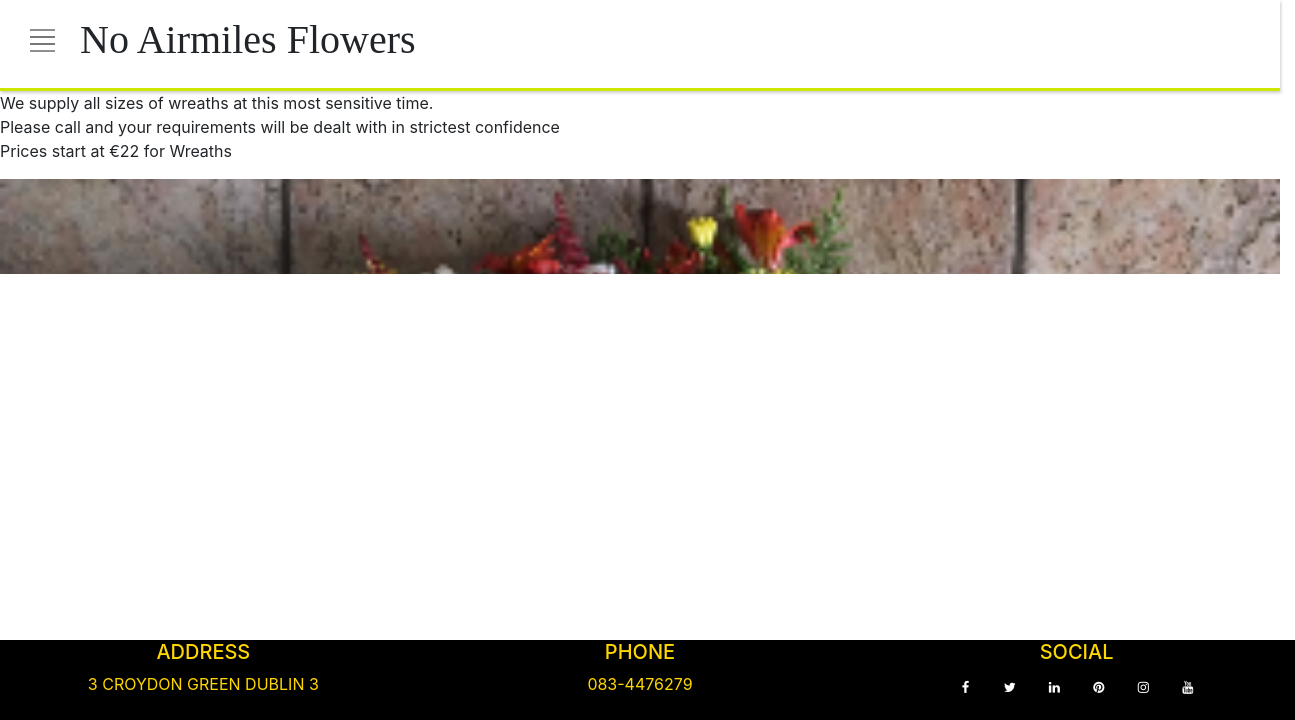
Repository: ConorTC1990/Flowers
Page: wreaths.html
The author's editor kept a record of every edit. The page is drawn from the files as they stood at one moment, then again after the next edit.
The browser window is 1280 px wide. The page is 1295 px wide, so the pictures cover 1295 px, including what lies to the right of the window. The pictures show the whole page.
Some web libraries are served in a nearby version.

Above is the page before.

### wreaths.html
<!DOCTYPE html>
<html lang="en">

<head>
    <meta charset="UTF-8">
    <meta name="viewport" content="width=device-width, initial-scale=1.0">
    <meta http-equiv="X-UA-Compatible" content="ie=edge">
    <link rel="stylesheet" href="https://maxcdn.bootstrapcdn.com/bootstrap/4.2.1/css/bootstrap.min.css" type="text/css" />
    <link rel="stylesheet" href="https://maxcdn.bootstrapcdn.com/font-awesome/4.7.0/css/font-awesome.min.css" type="text/css" />
    <link rel="stylesheet" href="https://cdnjs.cloudflare.com/ajax/libs/hover.css/2.1.1/css/hover-min.css" type="text/css" />
    <link rel="stylesheet" href="assets/css/style.css">
    <title>No Airmiles Flowers</title>
</head>
<body>
<div>
 <div class="collapsible-menu">
            <input type="checkbox" id="menu">
            <label for="menu">No Airmiles Flowers</label>
            <div class="menu-content">
                <ul>
                    <li><a href="index.html">Home</a></li>
                    <li><a href="weddings.html">Weddings</a></li>
                    <li><a href="wreaths.html">Wreaths and Funerals</a></li>
                    <li><a href="contactform.html">Contact</a></li>

                </ul>
            </div>

        </div>
        </div>

	<div class="infowreaths">
		<ul>
		  <li> We supply all sizes of wreaths at this most sensitive time.</li>
		  <li> Please call and your requirements will be dealt with in strictest confidence</li>
		  <li>Prices start at €22 for Wreaths</li>
		</ul>

	    </div>


   <div class="WreathsBackground"> </div>




       <div class="videoclass2wreaths">

		        <ul>
		            <li> We supply all sizes of wreaths at this most sensitive time.</li>
		            <li> We can provide custom wreaths for all memorial services</li>
		            <li>Prices start at €22 for Wreaths </li>
		            <li>Please call us at 083-4476279</li>
		            <li><a href="contactform.html">Contact</a></li>
		        </ul>

		</div>



<footer class="container-fluid wreathfooter1">
        <div id="footer-details" class="row">
            <div class="col-sm-4">
                <h5 class="uppercase general-sub">Address</h5>
                <p class="inline-block">
                    3 Croydon Green
                    Dublin 3
                </p>
            </div>
            <div class="col-sm-4">
                <h5 class="uppercase general-sub">Phone</h5>
                <p class="inline-block">
                    083-4476279


                </p>
            </div>
            <div class="col-sm-4">
                <h5 class="uppercase general-sub">Social</h5>
                <ul class="list-inline social-links">
                    <li class="list-inline-item">
                        <a target="_blank" href="#">
                            <i class="fa fa-facebook" aria-hidden="true"></i>
                            <span class="sr-only">Facebook</span>
                        </a>
                    </li>
                    <li class="list-inline-item">
                        <a target="_blank" href="#">
                            <i class="fa fa-twitter" aria-hidden="true"></i>
                            <span class="sr-only">Twitter</span>
                        </a>
                    </li>
                    <li class="list-inline-item">
                        <a target="_blank" href="#">
                            <i class="fa fa-linkedin" aria-hidden="true"></i>
                            <span class="sr-only">LinkedIn</span>
                        </a>
                    </li>
                    <li class="list-inline-item">
                        <a target="_blank" href="#">
                            <i class="fa fa-pinterest" aria-hidden="true"></i>
                            <span class="sr-only">Pinterest</span>
                        </a>
                    </li>
                    <li class="list-inline-item">
                        <a target="_blank" href="#">
                            <i class="fa fa-instagram" aria-hidden="true"></i>
                            <span class="sr-only">Instagram</span>
                        </a>
                    </li>
                    <li class="list-inline-item">
                        <a target="_blank" href="#">
                            <i class="fa fa-youtube" aria-hidden="true"></i>
                            <span class="sr-only">YouTube</span>
                        </a>
                    </li>
                </ul>
            </div>
        </div>


</footer>

</body>

</html>

### assets/css/style.css
@import url('https://fonts.googleapis.com/css?family=Roboto:100,200,300,400,500,600,700|Exo:100,200,300,400,500,600,700');
.mission {
	text-transform: uppercase;
	color: green;
}


/* up for deletion*/

@media (min-width: 1200px) .container {
	max-width: 100%;
}

@media (min-width: 992px) .container {
	max-width: 100%;
}

@media (min-width: 768px) .container {
	max-width: 100%;
}

@media (min-width: 576px) .container {
	max-width: 100%;
}


}

/* up for deletion*/
*,
*:before,
*:after {
	-webkit-box-sizing: border-box;
	-moz-box-sizing: border-box;
	box-sizing: border-box;
}
* {
	margin: 0;
	padding: 0;
}
* {
	margin: 0;
	padding: 0;
}
*,
 ::after,
 ::before {
	box-sizing: border-box;
}

}
.title {
	text-align: center;
	color: white;
}
h3 {
	text-transform: uppercase;
	text-align: center;
	color: green;
	background-color: #FF00FF;
	resize: both;
}

/* Buttons*/
.button {
	background-color: #7CFC00;
	text-align: center;
	color: white;
	width: 25%;
	transition-duration: .9s;
	transition-timing-function: ease-in-out;
	z-index: 1;
}
.button:hover {
	background-color: white;
	color: #7CFC00;
}
a:hover {
	background-color: white;
	color: #7CFC00;
}
.sr-only {
	color: white
}
.list-inline-item {
	color: white
}

#myVideo {
	position: center;
	width: 100%;
	min-height: 100%;
	padding-bottom: 0px;
	padding-right: 0px;
	padding-left: 0px;
}
.col-sm-4 {
	text-align: center;
	border-color: #FF00FF;
}

/* Callout box - fixed position at the bottom of the page */
.callout {
	position:fixed;
	top: 100px;
	right: 100px;
	margin-left: 20px;
	max-width: 300px;
	color: white;
	opacity: 0.8;
}
.callout2 {
	position:fixed;
	top: 500px;
	right: 100px;
	margin-left: 20px;
	max-width: 300px;
	color: white;
	opacity: 0.8;
}
.callout3 {
	position:fixed;
	top: 300px;
	right: 100px;
	margin-left: 250px;
	max-width: 300px;
	color: white;
	opacity: 0.8;
}

.container-fluid {
	alignment-baseline: text-after-edge;
	border:none;
}
.sticky {
	position: static;
	top: 0;
}
body {
	background-color: white;
	padding-left: 0px;
	padding-right: 0px;
}
.list-inline-item {
	text-align: right;
	border-color: black;
}
.address {
	text-align: right;
}
head {
	z-index: 1;
	border-collapse: collapse;
	border-color: white;
}

/* -------------- Navbar --------------- */

/* to keep Navbar in place*/


/* Page content */
.content {
	padding: 16px;
}

/* The sticky class is added to the navbar with JS when it reaches its scroll position */
.sticky {
	position: fixed;
	top: 35px;
	width: 100%;
}
.stickytitle {
	position: fixed;
	top: 0px;
	width: 100%;
	height: 35px;
	z-index: 1;
}

/* Add some top padding to the page content to prevent sudden quick movement (as the navigation bar gets a new position at the top of the page (position:fixed and top:0) */
.sticky+.content {
	padding-top: 60px;
}
.general-sub {
	background-color: black;
	border-color: black;
	padding-left: 0px;
	padding-right: 0px;
	padding-top: 0px;
}
.list-inline-item {
	color: white
}
title sticky {
	top: 25px
}
.buttonsticky {
	padding-right: 25px
}
.footerpin {
	position: bottom 35px
}
container-fluid sticky {
	padding-bottom: 1000px;
}

/* Footer Styles */
.social-links li a i {
	width: 32px;
	height: 32px;
	padding: 12px 0;
	border-radius: 50%;
	font-size: 13px;
	line-height: 7px;
	text-align: center;
	color: white;
	background: black;
	transition: all 0.35s ease-in-out;
	-moz-transition: all 0.35s ease-in-out;
	-webkit-transition: all 0.35s ease-in-out;
	-o-transition: all 0.35s ease-in-out;
}
.social-links li a i:hover {
	background: #7CFC00;
}
footer {
	text-align: center;
	background-color: black;
	color: white;
	text-shadow: none;
	text-transform: uppercase;
	position: fixed;
	position: absolute;
	height: 25px;
	max-height: 10%;
}


/* Wreaths */
.WreathsBackground {
	background-image: url("../images/Wreaths.JPG");
	background-repeat: no-repeat;
	background-size: cover;
	resize: both;
	min-width: 100%;
	min-height: 60%;
	max-width: 100%;
	max-height: 60%;
	padding-top: 35px;
	padding-bottom: 60px;
	padding-right: 0px;
	padding-left: 0px;
	z-index: 0;
}

/* Contact */
.ContactBackground {
	background-image: url("../images/flowers.jpg");
	position: absolute;
	resize: both;
	background-repeat: no-repeat;
	background-size: cover;
	min-width: 100%;
	min-height: 800px;
	padding-top: 35px;
	padding-bottom: 35px;
	padding-right: 0px;
	padding-left: 0px;
	z-index: 0;
}

/* ----------- Contact  form------------------*/
.form-style-1 {
	margin:10px auto;
	max-width: 400px;
	padding: 20px 12px 10px 20px;
	font: 13px "Lucida Sans Unicode",
	"Lucida Grande",
	sans-serif;
}
.form-style-1 li {
	padding: 0;
	display: block;
	list-style: none;
	margin: 10px 0 0 0;
}
.form-style-1 label {
	margin:0 0 3px 0;
	padding:0px;
	display:block;
	font-weight: bold;
}
.form-style-1 input[type=text],
.form-style-1 input[type=date],
.form-style-1 input[type=datetime],
.form-style-1 input[type=number],
.form-style-1 input[type=search],
.form-style-1 input[type=time],
.form-style-1 input[type=url],
.form-style-1 input[type=email],
textarea,
select {
	box-sizing: border-box;
	-webkit-box-sizing: border-box;
	-moz-box-sizing: border-box;
	border:1px solid #BEBEBE;
	padding: 7px;
	margin:0px;
	-webkit-transition: all 0.30s ease-in-out;
	-moz-transition: all 0.30s ease-in-out;
	-ms-transition: all 0.30s ease-in-out;
	-o-transition: all 0.30s ease-in-out;
	outline: none;
}
.form-style-1 input[type=text]:focus,
.form-style-1 input[type=date]:focus,
.form-style-1 input[type=datetime]:focus,
.form-style-1 input[type=number]:focus,
.form-style-1 input[type=search]:focus,
.form-style-1 input[type=time]:focus,
.form-style-1 input[type=url]:focus,
.form-style-1 input[type=email]:focus,
.form-style-1 textarea:focus,
.form-style-1 select:focus {
	-moz-box-shadow: 0 0 8px #88D5E9;
	-webkit-box-shadow: 0 0 8px #88D5E9;
	box-shadow: 0 0 8px #88D5E9;
	border: 1px solid #88D5E9;
}
.form-style-1 .field-divided {
	width: 49%;
}
.form-style-1 .field-long {
	width: 100%;
}
.form-style-1 .field-select {
	width: 100%;
}
.form-style-1 .field-textarea {
	height: 100px;
}
.form-style-1 input[type=submit],
.form-style-1 input[type=button] {
	background: #4B99AD;
	padding: 8px 15px 8px 15px;
	border: none;
	color: #fff;
}
.form-style-1 input[type=submit]:hover,
.form-style-1 input[type=button]:hover {
	background: #4691A4;
	box-shadow:none;
	-moz-box-shadow:none;
	-webkit-box-shadow:none;
}
.form-style-1 .required {
	color:red;
}

/* ----------- Contact  form------------------*/

/* ----------- Weddings Background------------------*/
.WeddingsBackground {
	background-image: url("../images/Weddings.PNG");
	position: fixed;
	resize: both;
	padding-top: 35px;
	padding-bottom: 35px;
	padding-right: 0px;
	padding-left: 0px;
	z-index: -1;
	max-width : 100%;
	max-height: 50%;
	min-width: 100%;
	min-height: 50%;
}

/* ----------- Weddings Background------------------*/

/* ----------- Menu Bar------------------*/
.menu-content {
	font-family: 'Oswald',
	sans-serif;
	padding: 0 0 0 50px;
}
.collapsible-menu {
	background-color: rgb(255,
	255,
	255);
	padding: 0px 30px;
	border-bottom: 3px solid #CDE700;
	box-shadow: 1px 2px 3px rgba(0,
	0,
	0,
	0.2);
	opacity: 1;
}
.collapsible-menu ul {
	list-style-type: none;
	padding: 0;
}
.collapsible-menu a {
	display:block;
	padding: 10px;
	text-decoration: none;
}
.collapsible-menu label {
	font-family: 'Sedgwick Ave Display',
	cursive;
	font-size: 40px;
	display: block;
	cursor: pointer;
	background: url(../images/menu.png) no-repeat left center;
	padding: 10px 0 10px 50px;
}
input#menu {
	display: none;
}
input:checked+label {
	background-image: url(../images/close.png);
}
.menu-content {
	max-height: 0;
	overflow: hidden;
	font-family: 'Oswald',
	sans-serif;
	padding: 0 0 0 50px;
}

/* Toggle Effect */
input:checked~label {
	background-image: url(../images/close.png);
}
input:checked~.menu-content {
	max-height: 100%;
}

/* ----------- Menu Bar------------------*/

/* ----------- Consider for Deletion------------------*/

/* test */
* {
	margin: 0;
	padding: 0;
}

/* Icon 0 */
#nav-icon0 {
	width: 30px;
	height: 35px;
	position: relative;
	margin: 50px auto;
	-webkit-transform: rotate(0deg);
	-moz-transform: rotate(0deg);
	-o-transform: rotate(0deg);
	transform: rotate(0deg);
	-webkit-transition: .5s ease-in-out;
	-moz-transition: .5s ease-in-out;
	-o-transition: .5s ease-in-out;
	transition: .5s ease-in-out;
	cursor: pointer;
}

/* Icon 2 */
#nav-icon0 {}
#nav-icon0 span {
	display: block;
	position: absolute;
	height: 2px;
	width: 50%;
	background: #000;
	opacity: 1;
	-webkit-transform: rotate(0deg);
	-moz-transform: rotate(0deg);
	-o-transform: rotate(0deg);
	transform: rotate(0deg);
	-webkit-transition: .25s ease-in-out;
	-moz-transition: .25s ease-in-out;
	-o-transition: .25s ease-in-out;
	transition: .25s ease-in-out;
}
#nav-icon0 span:nth-child(even) {
	left: 50%;
	border-radius: 0 9px 9px 0;
}
#nav-icon0 span:nth-child(odd) {
	left:0px;
	border-radius: 9px 0 0 9px;
}
#nav-icon0 span:nth-child(1),
#nav-icon0 span:nth-child(2) {
	top: 0px;
}
#nav-icon0 span:nth-child(3),
#nav-icon0 span:nth-child(4) {
	top: 10px;
}
#nav-icon0 span:nth-child(5),
#nav-icon0 span:nth-child(6) {
	top: 20px;
}
#nav-icon0.open span:nth-child(1),
#nav-icon0.open span:nth-child(6) {
	-webkit-transform: rotate(45deg);
	-moz-transform: rotate(45deg);
	-o-transform: rotate(45deg);
	transform: rotate(45deg);
}
#nav-icon0.open span:nth-child(2),
#nav-icon0.open span:nth-child(5) {
	-webkit-transform: rotate(-45deg);
	-moz-transform: rotate(-45deg);
	-o-transform: rotate(-45deg);
	transform: rotate(-45deg);
}
#nav-icon0.open span:nth-child(1) {
	left: 0px;
	top: 9px;
}
#nav-icon0.open span:nth-child(2) {
	left: calc(50% - 5px);
	top: 9px;
}
#nav-icon0.open span:nth-child(3) {
	left: -50%;
	opacity: 0;
}
#nav-icon0.open span:nth-child(4) {
	left: 100%;
	opacity: 0;
}
#nav-icon0.open span:nth-child(5) {
	left: 0px;
	top: 19px;
}
#nav-icon0.open span:nth-child(6) {
	left: calc(50% - 5px);
	top: 19px;
}

/* ----------- Consider for Deletion------------------*/
* {
	margin: 0;
	padding: 0;
}

/* Icon 1 */
#nav-icon1,
#nav-icon2,
#nav-icon3,
#nav-icon4 {
	width: 60px;
	height: 45px;
	position: relative;
	margin: 50px auto;
	-webkit-transform: rotate(0deg);
	-moz-transform: rotate(0deg);
	-o-transform: rotate(0deg);
	transform: rotate(0deg);
	-webkit-transition: .5s ease-in-out;
	-moz-transition: .5s ease-in-out;
	-o-transition: .5s ease-in-out;
	transition: .5s ease-in-out;
	cursor: pointer;
}
#nav-icon1 span,
#nav-icon3 span,
#nav-icon4 span {
	display: block;
	position: absolute;
	height: 9px;
	width: 100%;
	background: #d3531a;
	border-radius: 9px;
	opacity: 1;
	left: 0;
	-webkit-transform: rotate(0deg);
	-moz-transform: rotate(0deg);
	-o-transform: rotate(0deg);
	transform: rotate(0deg);
	-webkit-transition: .25s ease-in-out;
	-moz-transition: .25s ease-in-out;
	-o-transition: .25s ease-in-out;
	transition: .25s ease-in-out;
}
#nav-icon1 span:nth-child(1) {
	top: 0px;
}
#nav-icon1 span:nth-child(2) {
	top: 18px;
}
#nav-icon1 span:nth-child(3) {
	top: 36px;
}
#nav-icon1.open span:nth-child(1) {
	top: 18px;
	-webkit-transform: rotate(135deg);
	-moz-transform: rotate(135deg);
	-o-transform: rotate(135deg);
	transform: rotate(135deg);
}
#nav-icon1.open span:nth-child(2) {
	opacity: 0;
	left: -60px;
}
#nav-icon1.open span:nth-child(3) {
	top: 18px;
	-webkit-transform: rotate(-135deg);
	-moz-transform: rotate(-135deg);
	-o-transform: rotate(-135deg);
	transform: rotate(-135deg);
}

/* Icon 2 */
#nav-icon2 {}
#nav-icon2 span {
	display: block;
	position: absolute;
	height: 9px;
	width: 50%;
	background: #d3531a;
	opacity: 1;
	-webkit-transform: rotate(0deg);
	-moz-transform: rotate(0deg);
	-o-transform: rotate(0deg);
	transform: rotate(0deg);
	-webkit-transition: .25s ease-in-out;
	-moz-transition: .25s ease-in-out;
	-o-transition: .25s ease-in-out;
	transition: .25s ease-in-out;
}
#nav-icon2 span:nth-child(even) {
	left: 50%;
	border-radius: 0 9px 9px 0;
}
#nav-icon2 span:nth-child(odd) {
	left:0px;
	border-radius: 9px 0 0 9px;
}
#nav-icon2 span:nth-child(1),
#nav-icon2 span:nth-child(2) {
	top: 0px;
}
#nav-icon2 span:nth-child(3),
#nav-icon2 span:nth-child(4) {
	top: 18px;
}
#nav-icon2 span:nth-child(5),
#nav-icon2 span:nth-child(6) {
	top: 36px;
}
#nav-icon2.open span:nth-child(1),
#nav-icon2.open span:nth-child(6) {
	-webkit-transform: rotate(45deg);
	-moz-transform: rotate(45deg);
	-o-transform: rotate(45deg);
	transform: rotate(45deg);
}
#nav-icon2.open span:nth-child(2),
#nav-icon2.open span:nth-child(5) {
	-webkit-transform: rotate(-45deg);
	-moz-transform: rotate(-45deg);
	-o-transform: rotate(-45deg);
	transform: rotate(-45deg);
}
#nav-icon2.open span:nth-child(1) {
	left: 5px;
	top: 7px;
}
#nav-icon2.open span:nth-child(2) {
	left: calc(50% - 5px);
	top: 7px;
}
#nav-icon2.open span:nth-child(3) {
	left: -50%;
	opacity: 0;
}
#nav-icon2.open span:nth-child(4) {
	left: 100%;
	opacity: 0;
}
#nav-icon2.open span:nth-child(5) {
	left: 5px;
	top: 29px;
}
#nav-icon2.open span:nth-child(6) {
	left: calc(50% - 5px);
	top: 29px;
}

/* Icon 3 */
#nav-icon3 span:nth-child(1) {
	top: 0px;
}
#nav-icon3 span:nth-child(2),
#nav-icon3 span:nth-child(3) {
	top: 18px;
}
#nav-icon3 span:nth-child(4) {
	top: 36px;
}
#nav-icon3.open span:nth-child(1) {
	top: 18px;
	width: 0%;
	left: 50%;
}
#nav-icon3.open span:nth-child(2) {
	-webkit-transform: rotate(45deg);
	-moz-transform: rotate(45deg);
	-o-transform: rotate(45deg);
	transform: rotate(45deg);
}
#nav-icon3.open span:nth-child(3) {
	-webkit-transform: rotate(-45deg);
	-moz-transform: rotate(-45deg);
	-o-transform: rotate(-45deg);
	transform: rotate(-45deg);
}
#nav-icon3.open span:nth-child(4) {
	top: 18px;
	width: 0%;
	left: 50%;
}

/* Icon 4 */
#nav-icon4 {}
#nav-icon4 span:nth-child(1) {
	top: 0px;
	-webkit-transform-origin: left center;
	-moz-transform-origin: left center;
	-o-transform-origin: left center;
	transform-origin: left center;
}
#nav-icon4 span:nth-child(2) {
	top: 18px;
	-webkit-transform-origin: left center;
	-moz-transform-origin: left center;
	-o-transform-origin: left center;
	transform-origin: left center;
}
#nav-icon4 span:nth-child(3) {
	top: 36px;
	-webkit-transform-origin: left center;
	-moz-transform-origin: left center;
	-o-transform-origin: left center;
	transform-origin: left center;
}
#nav-icon4.open span:nth-child(1) {
	-webkit-transform: rotate(45deg);
	-moz-transform: rotate(45deg);
	-o-transform: rotate(45deg);
	transform: rotate(45deg);
	top: -3px;
	left: 8px;
}
#nav-icon4.open span:nth-child(2) {
	width: 0%;
	opacity: 0;
}
#nav-icon4.open span:nth-child(3) {
	-webkit-transform: rotate(-45deg);
	-moz-transform: rotate(-45deg);
	-o-transform: rotate(-45deg);
	transform: rotate(-45deg);
	top: 39px;
	left: 8px;
}

/* ----------- Consider for Deletion------------------*/
.container {
	padding-right: 0px;
	padding-left: 0px;
	margin-right: auto;
	margin-left: auto;
}
.videoclass {
	min-height: 100%;
	min-width: 100%;
	padding-bottom: 60px;
}
@media (max-width: 40em) {
	.videoclass {
		display: none;
	}
}
@media (max-width: 40em) {
	.WreathsBackground {
		display: none;
	}
}
@media (min-width: 40em) {
	.videoclass2paddingweddings {
		display: none;
	}
}
@media (min-width: 40em) {
	.videoclass2 {
		display: none;
	}
}
@media (min-width: 40em) {
	.videoclass2wreaths {
		display: none;
	}
}
@media (max-width: 40em) {
	.callout {
		display: none;
	}
}
@media (max-width: 70em) {
	.callout2 {
		display: none;
	}
}
@media (max-width: 40em) {
	.WeddingsBackground {
		display: none;
	}
}
@media (max-width: 40em) {
	.callout3 {
		display: none;
	}
}
.videoclass2 {
	background-image:url("../images/flowers.jpg");
	width: 100%;
	height: 100%;
	min-height: 625px;
	opacity: 1;
	text-size: 30px;
	text-transform: uppercase;
	color: white;
	list-style: circle;
	line-height:!important;
	25px;
	text-align: center;
}
.videoclass2weddings {
	background-image:url("../images/wedding flowers.jpg");
	width: 100%;
	height: 100%;
	background-repeat: no-repeat;
	background-size: cover;
	min-height: 675px;
	opacity: 1;
	text-size: 30px;
	text-transform: uppercase;
	color: black;
	list-style: circle;
	line-height:!important;
	25px;
	text-align: center;
	padding-top: 30px;
	z-index: 2;
}
.videoclass2weddings {
	padding-top: 60px
}
@media (min-width: 40em) {
	.videoclass2 {
		display: none;
	}



}
.videoclass2wreaths {
	background-image:url("../images/Wreaths.1.JPG");
	width: 100%;
	height: 100%;
	min-height: 675px;
	opacity: 1;
	text-size: 30px;
	text-transform: uppercase;
	color: white;
	list-style: circle;
	line-height:!important;
	25px;
	text-align: center;
	padding-top: 35px;
}
.videoclass2weddings {
	padding-top: 0px
}
@media (min-width: 40em) {
	.videoclass2weddings {
		display: none;
	}
}
@media (max-width: 40em) {
	h4 {
		display: none;
	}
}
.container-fluid {
	width: 100%;
	padding-right: 0px;
	padding-left: 0px;
	margin-right: auto;
	margin-left: auto;
}
.wreathfooter {
    background: fixed;
    text-align: center;
    background-color: black;
    color: gold;
    text-shadow: none;
    text-transform: uppercase;
    position: relative;
    height: 80px;
    max-height: 20%;
    bottom: 0px;
}
.general-sub {
	background-color: black;
	border-color: black;
	padding-left: 0px;
	padding-right: 0px;
	padding-top: 0px;
}
.col-sm-4 {
	text-align: center;
	/* border-color: #FF00FF; */
	background-color: black;
}
.list-inline-item {
	color: black;
}
.list-inline-item {
	text-align: right;
	border-color: black;
}


body{
  display:flex;
  flex-direction:column;
}

footer{
  margin-top:auto;
}

.informationsection{position: relative}
.wreathfooter1 {
    background: fixed;
    text-align: center;
    background-color: black;
    color: gold;
    text-shadow: none;
    text-transform: uppercase;
    position: absolute;
    height: 80px;
    max-height: 20%;
    bottom: 0px;
}

.contactfooter {

    background: fixed;
    text-align: center;
    background-color: black;
    color: gold;
    text-shadow: none;
    text-transform: uppercase;
    position: fixed;
    height: 80px;
    max-height: 20%;
    bottom: 0px;
    position: fixed;
}
}

@media (max-width: 40em) {
	.contactfooter {
		display: none;
	}

	.collapsible-menu {
    background-color: rgb(255, 255, 255);
    padding: 0px 30px;
    border-bottom: 3px solid #CDE700;
    box-shadow: 1px 2px 3px rgba(0, 0, 0, 0.2);
    opacity: 1;
    z-index: 2;
}

.ContactBackground {
    background-image: url(../images/flowers.jpg);
    position: absolute;
    resize: both;
    background-repeat: no-repeat;
    background-size: cover;
    min-width: 100%;
    min-height: 800px;
    padding-top: 120px;
    padding-bottom: 35px;
    padding-right: 0px;
    padding-left: 0px;
    z-index: 0;
}
.infowreaths {
	padding-bottom: 300px;
    padding-top: 835px;
    padding-right: 35px;
    z-index: 1;
}

.collapsible-menu {
    background-color: rgb(255, 255, 255);
    padding: 0px 30px;
    border-bottom: 3px solid #CDE700;
    box-shadow: 1px 2px 3px rgba(0, 0, 0, 0.2);
    opacity: 1;
    z-index: 1;
}

.contactfooter {
    background: fixed;
    text-align: center;
    background-color: black;
    color: gold;
    text-shadow: none;
    text-transform: uppercase;

    height: 75px;
    max-height: 20%;
    bottom: 0px;
    position: fixed;
    z-index: 0;
}

After the next edit:
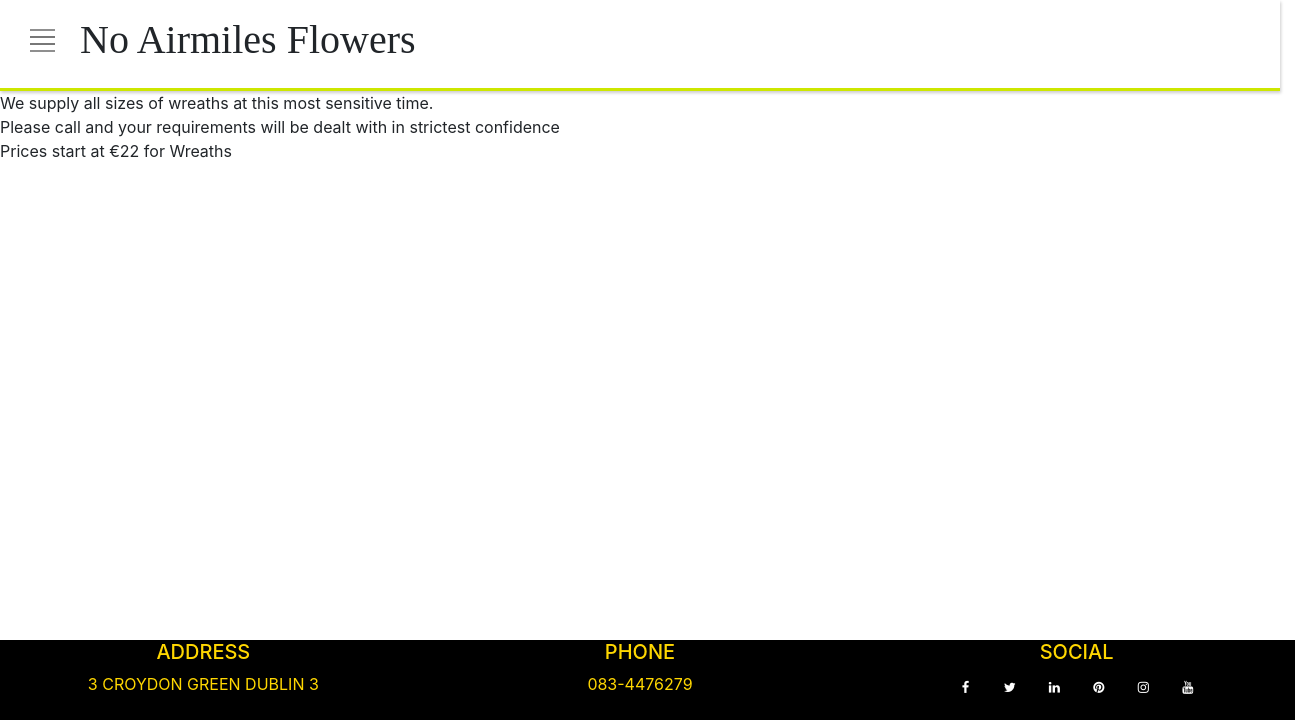
The edit:
--- a/wreaths.html
+++ b/wreaths.html
@@ -39,7 +39,7 @@
 	    </div>
 
 
-   <div class="WreathsBackground"> </div>
+
 
 
 
